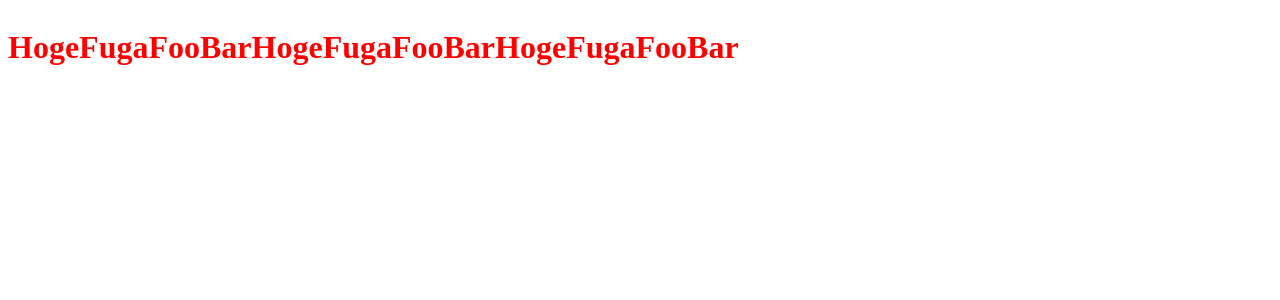
Repository: Ryutaro26/samurai-lp
Page: home.html
The author's editor kept a record of every edit. The page is drawn from the files as they stood at one moment, then again after the next edit.
The browser window is 1280 px wide. The pictures show the whole page.

Above is the page before.

After the next edit:
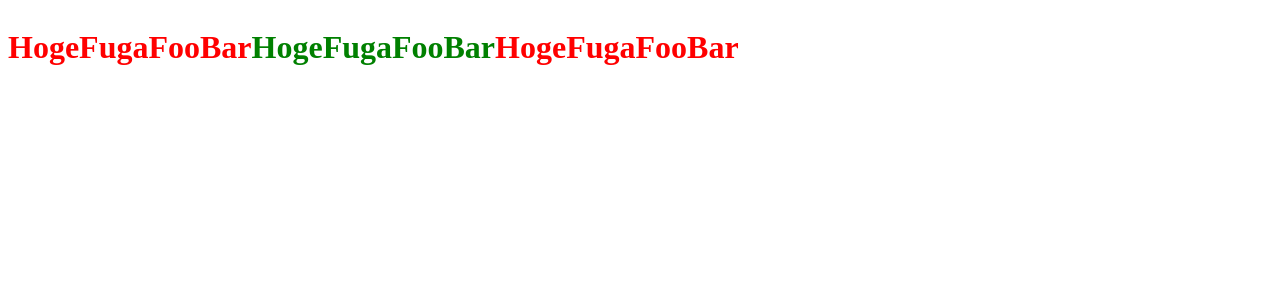
The edit:
--- a/home.html
+++ b/home.html
@@ -11,6 +11,7 @@
             #wrap {
                 display: flex;
                 flex-wrap:wrap;
+                color: green;
             }
 
             #wrap-reverse {
